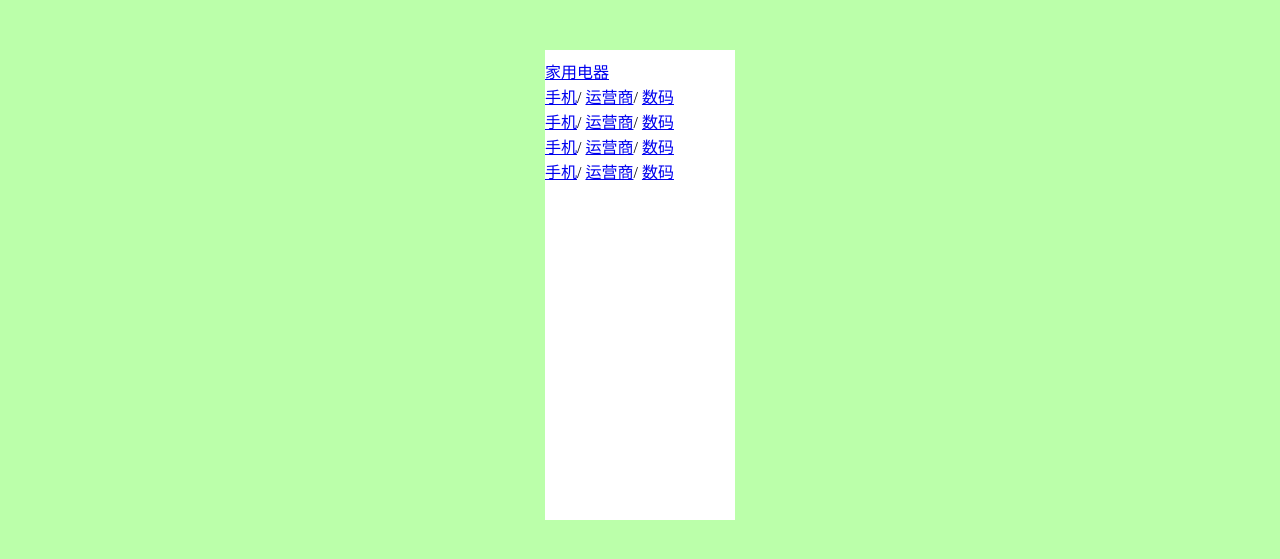
Repository: Romic77/css-test
Page: exercise/02_京东左侧导航条.html
These files come from the project's save history. The page is drawn as it stood at one moment and after the next save; the edit follows.
The browser window is 1280 px wide. The pictures show the whole page.

Above is the page before, as saved 2022-09-03 13:54:13.

After the next save:
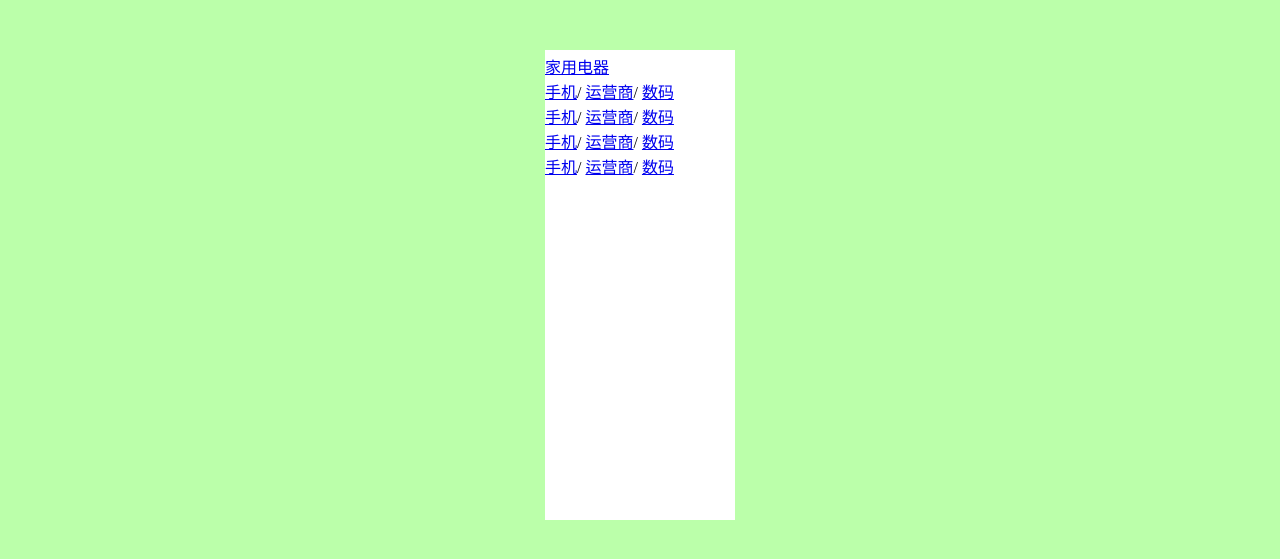
Saved 2 min 21 s later.
--- a/exercise/02_京东左侧导航条.html
+++ b/exercise/02_京东左侧导航条.html
@@ -22,8 +22,7 @@
 
         .left-nav .item {
             height: 25px;
-            /* 垂直居中 */
-            line-height: 25px;
+
         }
 
         .left-nav .item:hover {

After the save that followed:
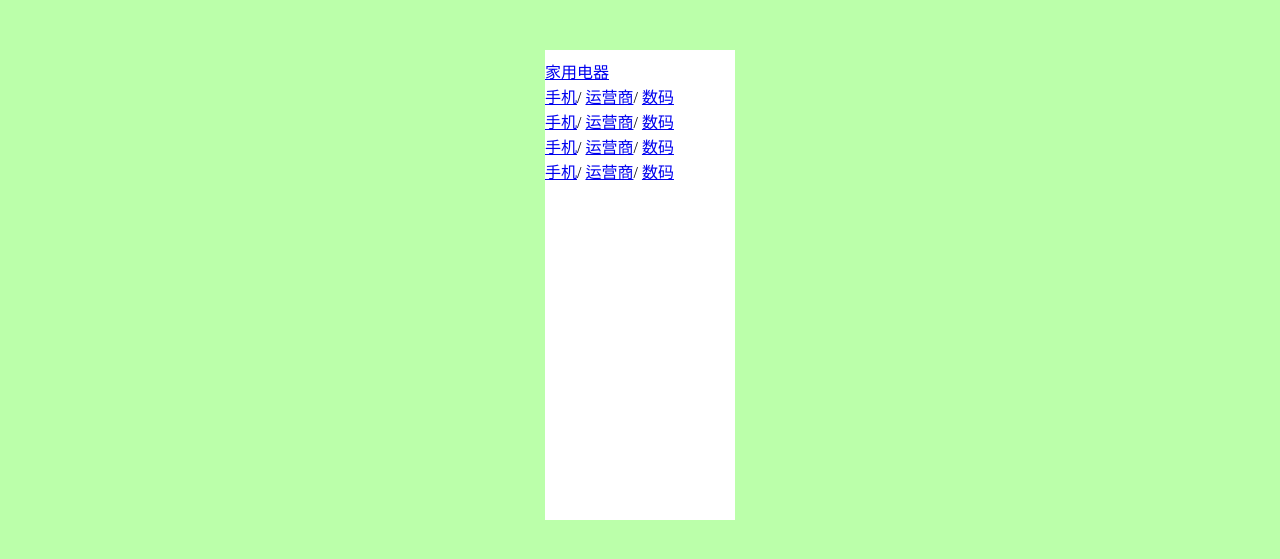
Saved 4 s later.
--- a/exercise/02_京东左侧导航条.html
+++ b/exercise/02_京东左侧导航条.html
@@ -22,7 +22,8 @@
 
         .left-nav .item {
             height: 25px;
-
+            /* 垂直居中 */
+            line-height: 25px;
         }
 
         .left-nav .item:hover {
